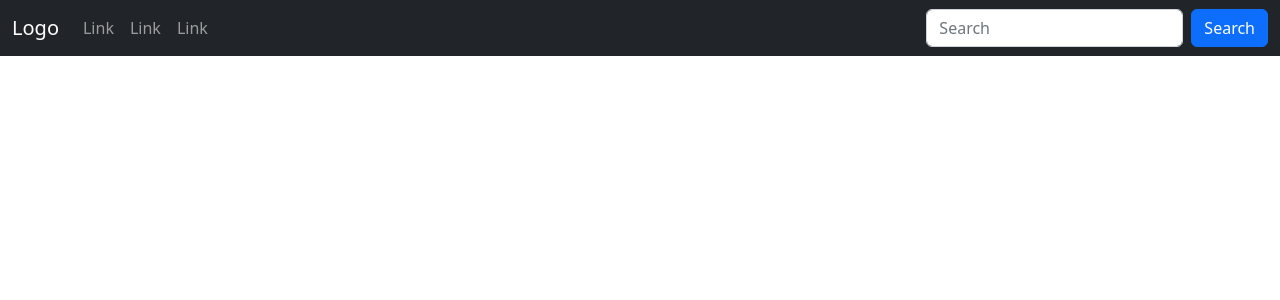
Repository: nourHellani/Buckler
Page: index.html
An editor plug-in stored every save of this project. The page is shown before and after a run of saves, followed by the edit.
The browser window is 1280 px wide. The pictures show the whole page.

Above is the page before, as saved 2023-02-13 10:42:58.

### index.html
<!DOCTYPE html>
<html lang="en">
<head>
    <meta charset="UTF-8">
    <meta http-equiv="X-UA-Compatible" content="IE=edge">
    <meta name="viewport" content="width=device-width, initial-scale=1.0">
    <link href="https://cdn.jsdelivr.net/npm/bootstrap@5.2.3/dist/css/bootstrap.min.css" rel="stylesheet">
    <script src="https://cdn.jsdelivr.net/npm/bootstrap@5.2.3/dist/js/bootstrap.bundle.min.js"></script>
    <title>Buckler</title>
</head>
<body>

    <nav class="navbar navbar-expand-sm navbar-dark bg-dark">
        <div class="container-fluid">
          <a class="navbar-brand" href="javascript:void(0)">Logo</a>
          <button class="navbar-toggler" type="button" data-bs-toggle="collapse" data-bs-target="#mynavbar">
            <span class="navbar-toggler-icon"></span>
          </button>
          <div class="collapse navbar-collapse" id="mynavbar">
            <ul class="navbar-nav me-auto">
              <li class="nav-item">
                <a class="nav-link" href="javascript:void(0)">Link</a>
              </li>
              <li class="nav-item">
                <a class="nav-link" href="javascript:void(0)">Link</a>
              </li>
              <li class="nav-item">
                <a class="nav-link" href="javascript:void(0)">Link</a>
              </li>
            </ul>
            <form class="d-flex">
              <input class="form-control me-2" type="text" placeholder="Search">
              <button class="btn btn-primary" type="button">Search</button>
            </form>
          </div>
        </div>
      </nav>

</body>
</html>

After the next 2 saves:
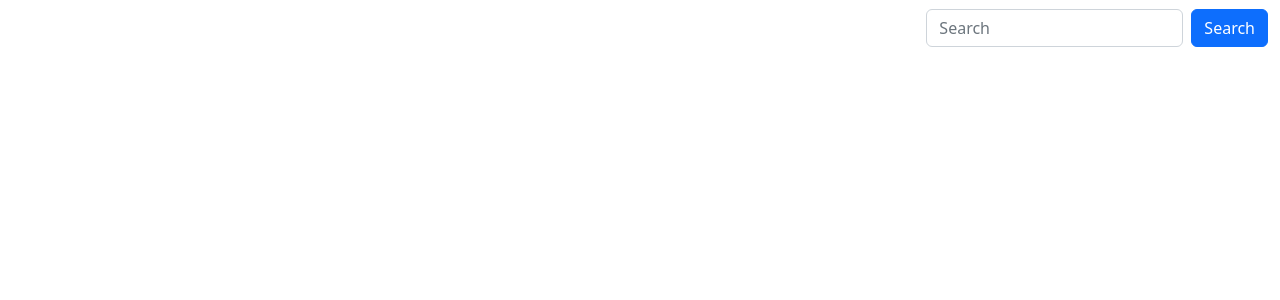
The 2 saves are shown as one change because they came seconds apart.
The last was saved 61 s later.
--- a/index.html
+++ b/index.html
@@ -10,7 +10,7 @@
 </head>
 <body>
 
-    <nav class="navbar navbar-expand-sm navbar-dark bg-dark">
+    <nav class="navbar navbar-expand-sm navbar-dark bg-[#D23937]">
         <div class="container-fluid">
           <a class="navbar-brand" href="javascript:void(0)">Logo</a>
           <button class="navbar-toggler" type="button" data-bs-toggle="collapse" data-bs-target="#mynavbar">

After the save that followed:
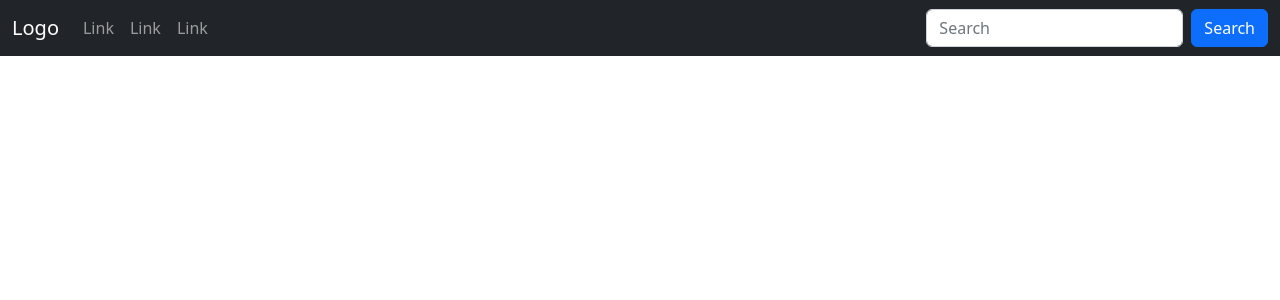
Saved 10 s later.
--- a/index.html
+++ b/index.html
@@ -10,7 +10,7 @@
 </head>
 <body>
 
-    <nav class="navbar navbar-expand-sm navbar-dark bg-[#D23937]">
+    <nav class="navbar navbar-expand-sm navbar-dark bg-dark">
         <div class="container-fluid">
           <a class="navbar-brand" href="javascript:void(0)">Logo</a>
           <button class="navbar-toggler" type="button" data-bs-toggle="collapse" data-bs-target="#mynavbar">
